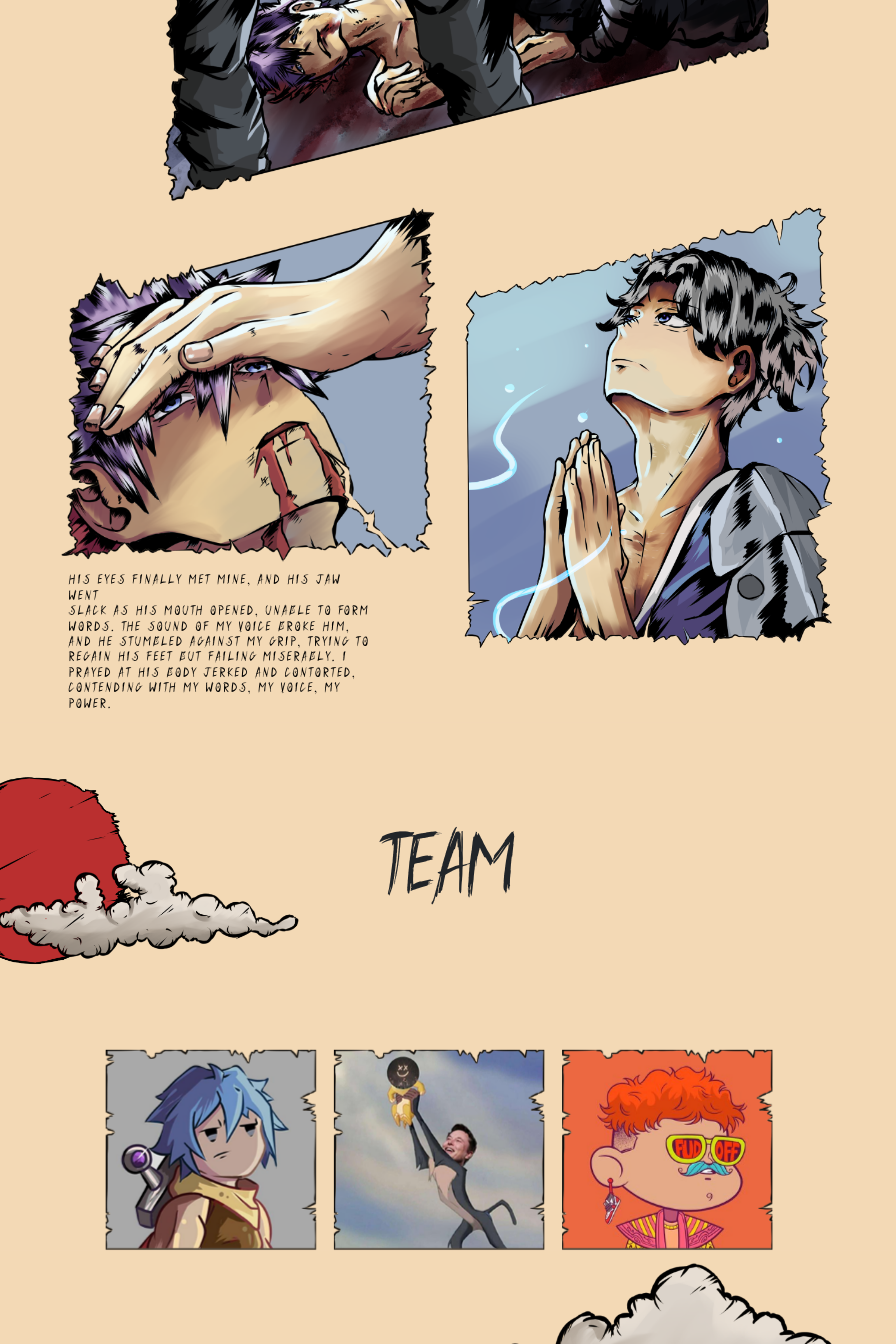
Repository: abzStudio/Kabuto-Web-notCompeleted
Page: index.html
An editor plug-in stored every save of this project. The page is shown before and after a run of saves, followed by the edit.
The browser window is 1280 px wide. The pictures show the part of the page from y = 2094 to 4014 px (the page is 4851 px tall), at 70% of full size.
Some web libraries are served in a nearby version.

Above is the page before, as saved 2023-03-16 03:05:50.

After the next 2 saves:
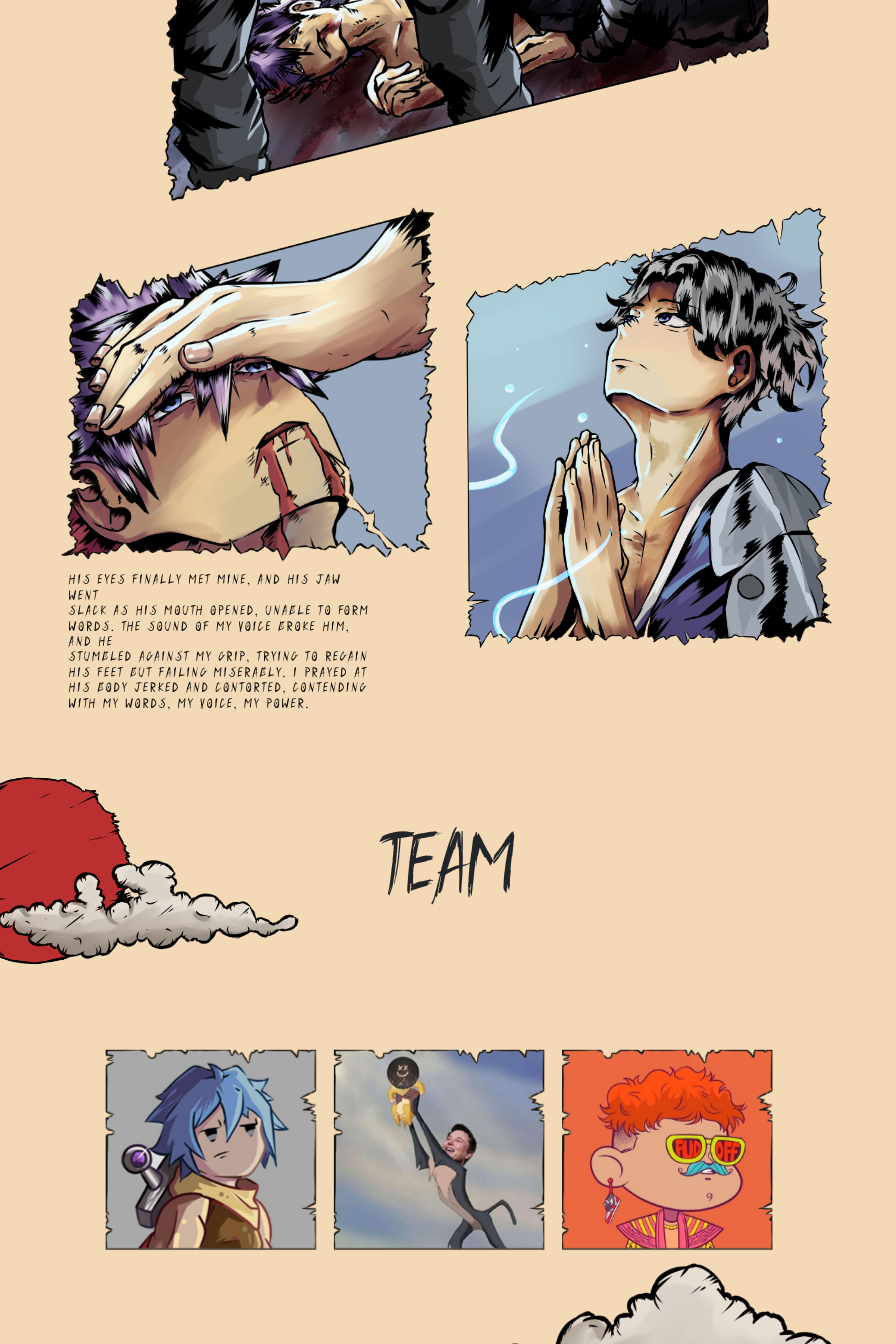
The 2 saves are shown as one change because they came seconds apart.
The last was saved 11 s later.
--- a/index.html
+++ b/index.html
@@ -93,7 +93,8 @@
                 <div class="col-md-6 story_img">
                     <img src="asset/images/story_4.png" class="image_star" alt="Story four">
                     <div class="div_texts">
-                        <p class="text_p">His eyes finally met mine, and his jaw went <br/>slack as his mouth opened, unable to form <br/>words. The sound of my voice broke him, and he stumbled against my grip, trying to regain his feet but failing miserably. I prayed at  his body jerked and contorted, contending with my words, my voice, my power.</p>
+                        <p class="text_p">His eyes finally met mine, and his jaw went <br/>slack as his mouth opened, unable to form <br/>
+                          words. The sound of my voice broke him, and he<br/> stumbled against my grip, trying to regain his feet but failing miserably. I prayed at  his body jerked and contorted, contending with my words, my voice, my power.</p>
         </div>
                 </div>
                 <div class="col-md-6 story_img">
